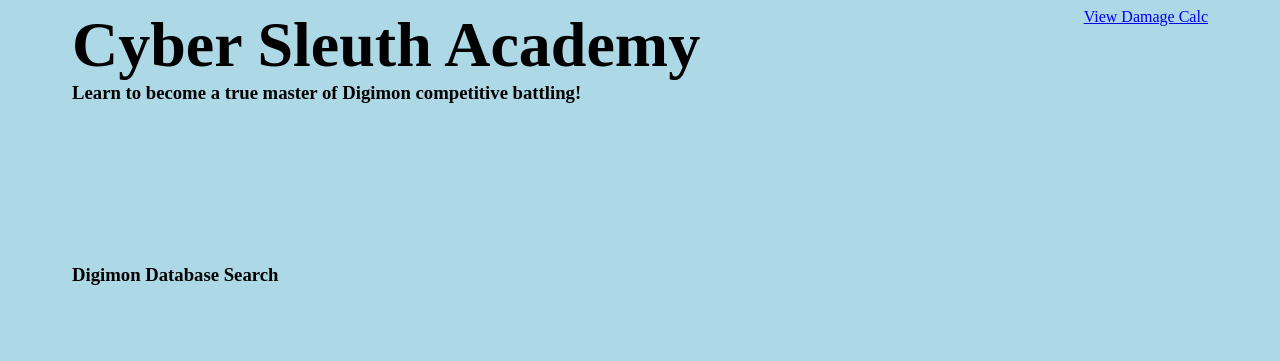
Repository: KTaylor264/Bootcamp-Solo-Project
Page: http://localhost/cyber-sleuth-academy/WEB-INF/index.jsp
These files come from the project's save history. The page is drawn as it stood at one moment and after the next save; the edit follows.
The browser window is 1280 px wide. The pictures show the whole page.
The page is served by Tomcat 9. Nobody is signed in. Other server files are loaded and not shown. The template is opened directly, without the code that normally fills it, so the values that code supplies are empty.

Above is the page before, as saved 2023-03-18 23:22:59.

### cyber-sleuth-academy/src/main/webapp/WEB-INF/index.jsp
<%@ page language="java" contentType="text/html; charset=ISO-8859-1"
    pageEncoding="ISO-8859-1"%>
<%@ taglib prefix="c" uri="http://java.sun.com/jsp/jstl/core" %>
<!DOCTYPE html>
<html>
<head>
<meta charset="ISO-8859-1">
<link rel="stylesheet" href="/css/main.css"/>
<title>Cyber Sleuth Academy</title>
</head>
<body>
	<div class="container">
		<div class="top-header">
			<div>
				<h1 class="big-header">Cyber Sleuth Academy</h1>
				<h3>Learn to become a true master of Digimon competitive battling!</h3>
			</div>
			<div>
				<a href="${pageContext.servletContext.contextPath}/hmcalc/">View Damage Calc</a>
			</div>
		</div>
		<div class="">

		</div>
		<div class="">
			<h3>Digimon Database Search</h3>
		</div>
	</div>
   	 <script src="js/home-script.js"></script>
</body>
</html>

### cyber-sleuth-academy/src/main/resources/static/css/main.css
@charset "ISO-8859-1";

* {
	margin: 0;
	padding: 0;
}

html {
	background-color: lightblue;
}

body {
	min-height: 100vh;
}

.container {
	margin: 0 4em;
	padding: 0.5em;
}

.top-header {
	display: flex;
	justify-content: space-between;
	margin-bottom: 10em;
}

.big-header {
	font-size: 4em;
}

Loaded but not shown: cyber-sleuth-academy/src/main/resources/static/js/home-script.js (common file)

After the next save:
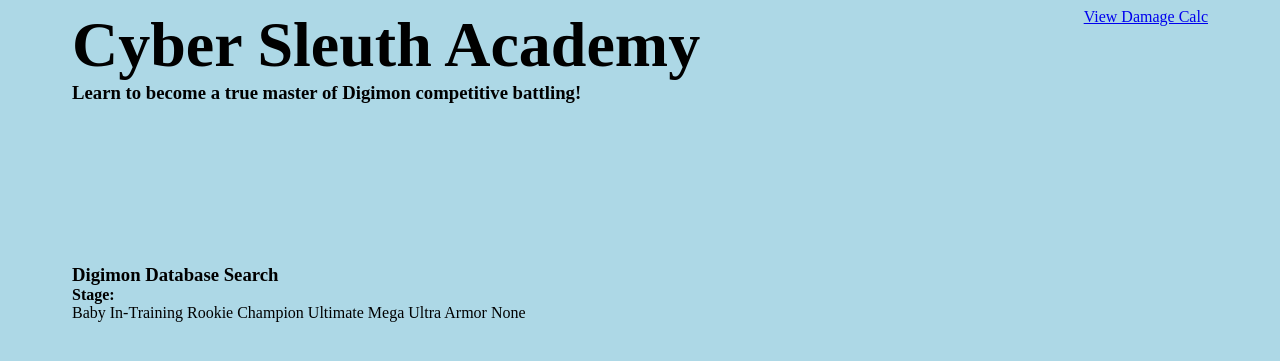
Saved 2 min 29 s later.
--- a/cyber-sleuth-academy/src/main/webapp/WEB-INF/index.jsp
+++ b/cyber-sleuth-academy/src/main/webapp/WEB-INF/index.jsp
@@ -24,6 +24,19 @@
 		</div>
 		<div class="">
 			<h3>Digimon Database Search</h3>
+			<div>
+				<h4>Stage: </h4>
+				<label>Baby</label>
+				<label>In-Training</label>
+				<label>Rookie</label>
+				<label>Champion</label>
+				<label>Ultimate</label>
+				<label>Mega</label>
+				<label>Ultra</label>
+				<label>Armor</label>
+				<label>None</label>
+
+			</div>
 		</div>
 	</div>
    	 <script src="js/home-script.js"></script>
